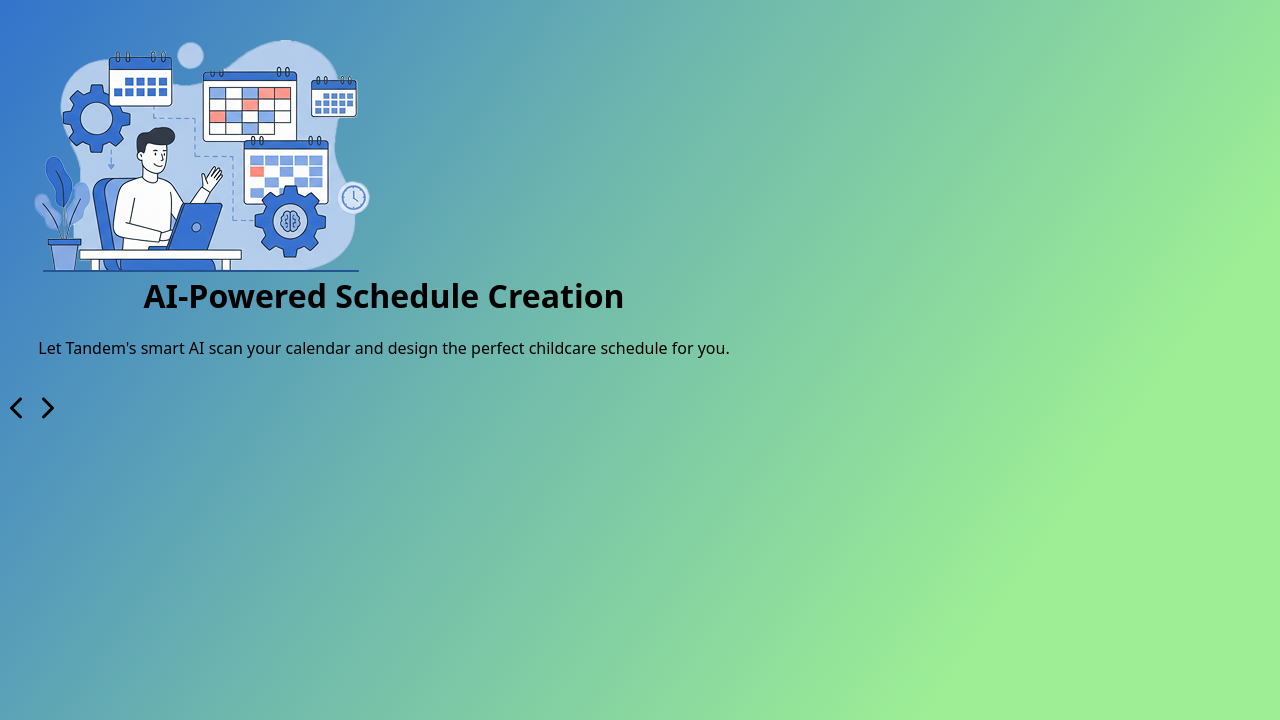
Repository: IDSP-TRADECARE/Tandem
Page: /boarding/features
An editor plug-in stored every save of this project. The page is shown before and after the next save, followed by the edit.
The browser window is 1280 px wide. The pictures show the whole page.
The page's requests for data from a server got no answer. Some web fonts or font styles are not loaded; a fallback is used. The project was rebuilt for these pictures with package versions that can differ from the ones it lists, and the page was loaded fresh each time. Some packages were replaced by stand-ins written for this rebuild. The framework's server and built-in components were replaced by stand-ins that run in the browser. No one was signed in, and anything a server would have sent is missing. Also part of the build but not shown: next.config.ts, src/app/components/auth/AuthGuard.tsx.

Above is the page before, as saved 2025-11-22 21:38:31.

### src/app/layout.tsx
/* eslint-disable @next/next/no-page-custom-font */
import { ClerkProvider } from '@clerk/nextjs'
import { SocketProvider } from '@/lib/socket/SocketContext'
import './globals.css'
import type { Metadata } from "next";
import { AuthWrapper } from './components/auth/AuthWrapper';


export const metadata: Metadata = {
  title: "Tandem",
  description: "Share childcare with your community",
  icons: {
    icon: 'brand/logoColor.svg',
  },
};

export default function RootLayout({
  children,
}: Readonly<{
  children: React.ReactNode;
}>) {
  return (
    <ClerkProvider>
      <html lang="en">
        <head>
          {/* Omnes Pro from Adobe Fonts */}
          <link rel="stylesheet" href="https://use.typekit.net/pku8yek.css" />

          {/* Alan Sans from Google Fonts */}
          <link rel="preconnect" href="https://fonts.googleapis.com" />
          <link rel="preconnect" href="https://fonts.gstatic.com" crossOrigin="anonymous" />
          <link href="https://fonts.googleapis.com/css2?family=Alan+Sans:wght@300..900&display=swap" rel="stylesheet" />
        </head>
        <body className="antialiased">
          <SocketProvider>
            <AuthWrapper>
              {children}
            </AuthWrapper>
          </SocketProvider>
        </body>
      </html>
    </ClerkProvider>
  )
}

### src/app/boarding/features/page.tsx
"use client";
import { useState } from "react";
import { useRouter } from "next/navigation";
import { GradientBackgroundFull } from "@/app/components/ui/backgrounds/GradientBackgroundFull";
import { IoIosArrowBack, IoIosArrowForward } from "react-icons/io";
import styles from "./features.module.css";

const features = [
    {
        id: 1,
        title: "AI-Powered Schedule Creation",
        description:
            "Let Tandem's smart AI scan your calendar and design the perfect childcare schedule for you.",
        imgSrc: "/boarding/Graphic-ai-powered-feature1.png",
    },
    {
        id: 2,
        title: "Seamless Nanny Booking",
        description:
            "Effortlessly discover and book reliable nannies tailored to your family's needs.",
        imgSrc: "/boarding/Seamless-nanny-booking-feature2.png",
    },
    {
        id: 3,
        title: "Intelligent Nanny Sharing",
        description:
            "Team up with nearby families to share trusted nannies, cutting costs while building lasting connections.",
        imgSrc: "/boarding/Intelligent-nanny-sharing-feature3.png",
    },
];

export default function FeaturesPage() {
    const [currentIndex, setCurrentIndex] = useState(0);
    const router = useRouter();

    const handleNext = () => {
        if (currentIndex < features.length - 1) {
            setCurrentIndex(currentIndex + 1);
        } else {
            router.push("./sign-up");
        }
    };

    const handlePrevious = () => {
        if (currentIndex > 0) {
            setCurrentIndex(currentIndex - 1);
        }
    };

    const currentFeature = features[currentIndex];

    return (
        <GradientBackgroundFull>
            <div className={styles.container}>
                <div className='max-w-3xl w-full text-center mb-8'>
                    <div className={styles.imageContainer}>
                        <img
                            src={currentFeature.imgSrc}
                            alt={`Feature ${currentFeature.id}`}
                        />
                    </div>

                    <h1 className={styles.title}>{currentFeature.title}</h1>

                    <p className={styles.description}>
                        {currentFeature.description}
                    </p>
                </div>
                <div className={styles.navigation}>
                    <button
                        onClick={handlePrevious}
                        disabled={currentIndex === 0}
                    >
                        <IoIosArrowBack size={32} />
                    </button>

                    <button onClick={handleNext}>
                        <IoIosArrowForward size={32} />
                    </button>
                </div>
            </div>
        </GradientBackgroundFull>
    );
}

### src/lib/socket/SocketContext.tsx
'use client';

import { createContext, useContext, useEffect, useState } from 'react';
import { io, Socket } from 'socket.io-client';
import { ClientToServerEvents, ServerToClientEvents } from './types';

type TypedSocket = Socket<ServerToClientEvents, ClientToServerEvents>;

interface SocketContextType {
  socket: TypedSocket | null;
  isConnected: boolean;
}

const SocketContext = createContext<SocketContextType>({
  socket: null,
  isConnected: false,
});

export function SocketProvider({ children }: { children: React.ReactNode }) {
  const [socket, setSocket] = useState<TypedSocket | null>(null);
  const [isConnected, setIsConnected] = useState(false);

  useEffect(() => {
    const socketUrl = process.env.NEXT_PUBLIC_SOCKET_URL || 'http://localhost:3001';

    console.log('Connecting to Socket.IO server:', socketUrl);

    const socketInstance: TypedSocket = io(socketUrl, {
      transports: ['websocket', 'polling'],
    });

    socketInstance.on('connect', () => {
      console.log('✅ Socket connected:', socketInstance.id);
      setIsConnected(true);
    });

    socketInstance.on('disconnect', () => {
      console.log('❌ Socket disconnected');
      setIsConnected(false);
    });

    socketInstance.on('connect_error', (error) => {
      console.error('Socket connection error:', error);
      setIsConnected(false);
    });

    setSocket(socketInstance);

    return () => {
      socketInstance.disconnect();
    };
  }, []);

  return (
    <SocketContext.Provider value={{ socket, isConnected }}>
      {children}
    </SocketContext.Provider>
  );
}

export const useSocket = () => useContext(SocketContext);

### src/app/globals.css
@import "tailwindcss";

@theme {
  /* Font families */
  --font-family-alan: "Alan Sans", sans-serif;
  --font-family-omnes: "omnes-pro", sans-serif;

  /* Primary Colors */
  --color-primary: #3373cc;
  --color-primary-lighter: #a3c0e8;
  --color-primary-light: #91b3e3;
  --color-primary-light-hover: #91b3e3;
  --color-primary-light-active: #7aa4de;
  --color-primary-hover: #2b62ad;
  --color-primary-active: #255495;
  --color-primary-dark: #122847;
  --color-primary-dark-hover: #0d1d33;
  --color-primary-dark-active: #060d16;

  /* Secondary Colors */
  --color-secondary: #92f189;
  --color-secondary-lighter: #cef9ca;
  --color-secondary-light: #c4f7bf;
  --color-secondary-light-hover: #c4f7bf;
  --color-secondary-light-active: #b8f6b2;
  --color-secondary-hover: #7ccd74;
  --color-secondary-active: #6bb064;
  --color-secondary-dark: #335430;
  --color-secondary-dark-hover: #253c22;
  --color-secondary-dark-active: #101b0f;

  /* Analogous Colors */
  --color-analogous: #68d5ff;
  --color-analogous-lighter: #bbecff;
  --color-analogous-light: #ade8ff;
  --color-analogous-light-hover: #ade8ff;
  --color-analogous-light-active: #9de4ff;
  --color-analogous-hover: #58b5d9;
  --color-analogous-active: #4c9bba;
  --color-analogous-dark: #244b59;
  --color-analogous-dark-hover: #1a3540;
  --color-analogous-dark-active: #0b171c;

  /* Success */
  --color-success: #95b548;

  /* Warning */
  --color-warning: #d78f26;

  /* Error */
  --color-error: #c43535;

  /* Neutral Colors */
  --color-neutral-50: #e6e6e8;
  --color-neutral-100: #b0b0b8;
  --color-neutral-200: #8a8a96;
  --color-neutral-300: #545466;
  --color-neutral-400: #333349;
  --color-neutral-500: #00001b;
  --color-neutral-600: #000019;
  --color-neutral-700: #000013;
  --color-neutral-800: #00000f;
  --color-neutral-900: #00000b;
}

@layer base {
  :root {
    /* Semantic mappings for shadcn */
    --background: 0 0% 100%;
    --foreground: var(--color-neutral-500);
    --card: 0 0% 100%;
    --card-foreground: var(--color-neutral-500);
    --popover: 0 0% 100%;
    --popover-foreground: var(--color-neutral-500);
    --primary-foreground: 0 0% 98%;
    --secondary-foreground: var(--color-neutral-500);
    --muted: var(--color-neutral-50);
    --muted-foreground: var(--color-neutral-300);
    --accent: var(--color-analogous-light);
    --accent-foreground: var(--color-neutral-500);
    --destructive: var(--color-error);
    --destructive-foreground: 0 0% 98%;
    --border: var(--color-neutral-100);
    --input: var(--color-neutral-100);
    --ring: var(--color-primary);
    --radius: 0.5rem;
    --gradient-primary: linear-gradient(135deg, #3373CC 0%, #6DB6AE 46%, #9DEE95 100%);
  }

  .dark {
    --background: var(--color-neutral-500);
    --foreground: 0 0% 98%;
    --card: var(--color-neutral-400);
    --card-foreground: 0 0% 98%;
    --popover: var(--color-neutral-400);
    --popover-foreground: 0 0% 98%;
    --primary-foreground: var(--color-neutral-500);
    --secondary-foreground: 0 0% 98%;
    --muted: var(--color-neutral-300);
    --muted-foreground: var(--color-neutral-100);
    --accent: var(--color-analogous-dark);
    --accent-foreground: 0 0% 98%;
    --destructive-foreground: 0 0% 98%;
    --border: var(--color-neutral-300);
    --input: var(--color-neutral-300);
    --ring: var(--color-primary-light);
    --gradient-primary: linear-gradient(135deg, #3373CC 0%, #6DB6AE 46%, #9DEE95 100%);
  }

  /* Font utilities */
  .font-alan {
    font-family: var(--font-family-alan);
    font-optical-sizing: auto;
  }

  .font-omnes {
    font-family: var(--font-family-omnes);
  }
}

/* FullCalendar Custom Styles */
.fullcalendar-container {
  font-family: inherit;
}

.fc {
  font-size: 14px;
}

.fc .fc-toolbar-title {
  font-size: 1.5rem;
  font-weight: 700;
  color: var(--color-primary);
}

.fc .fc-button {
  background-color: var(--color-primary);
  border-color: var(--color-primary);
  color: white;
  border-radius: 8px;
  padding: 6px 12px;
  font-weight: 600;
}

.fc .fc-button:hover {
  background-color: var(--color-primary-hover);
  border-color: var(--color-primary-hover);
}

.fc .fc-button-active {
  background-color: var(--color-primary-dark);
  border-color: var(--color-primary-dark);
}

.fc .fc-col-header-cell {
  background-color: var(--color-neutral-50);
  padding: 12px;
  font-weight: 600;
  color: var(--color-primary);
}

.fc .fc-daygrid-day-number {
  font-weight: 600;
  color: var(--color-primary);
  padding: 8px;
}

.fc .fc-daygrid-day.fc-day-today {
  background-color: var(--color-primary-lighter) !important;
}

.fc .fc-event {
  border-radius: 6px;
  padding: 4px 6px;
  font-size: 12px;
  font-weight: 600;
  cursor: pointer;
}

.fc .fc-timegrid-event {
  border-radius: 6px;
  padding: 4px;
}

.fc .fc-timegrid-slot {
  height: 3em;
}

.fc .fc-scrollgrid {
  border-color: var(--neutral-100) !important;
}

@layer utilities {
  .bg-gradient-primary {
    background: var(--gradient-primary);
  }
}

### src/app/components/auth/AuthWrapper.tsx
'use client';

import { usePathname } from 'next/navigation';
import { AuthGuard } from './AuthGuard';

export function AuthWrapper({ children }: { children: React.ReactNode }) {
  const pathname = usePathname();

  // Routes that don't require authentication
  const publicRoutes = ['/boarding/features', '/sign-in', '/sign-up'];
  const isPublicRoute = pathname === '/' || publicRoutes.some(route => pathname?.startsWith(route));

  if (isPublicRoute) {
    return <>{children}</>;
  }

  return <AuthGuard>{children}</AuthGuard>;
}

### src/app/components/ui/backgrounds/GradientBackgroundFull.tsx
import React from 'react';

export function GradientBackgroundFull({ children }: { children?: React.ReactNode }) {
  return (
    <div
      className="min-h-screen"
      style={{
        background: 'linear-gradient(125deg, #3373CC 0%, #6DB6AE 40%, #9DEE95 80%)',
        backgroundSize: '100%'
      }}
    >
      {children}
    </div>
  );
}

### src/app/boarding/features/features.module.css
.title {
    font-size: 2rem;
    font-weight: bold;
    margin-bottom: 1rem;
}

After the next save:
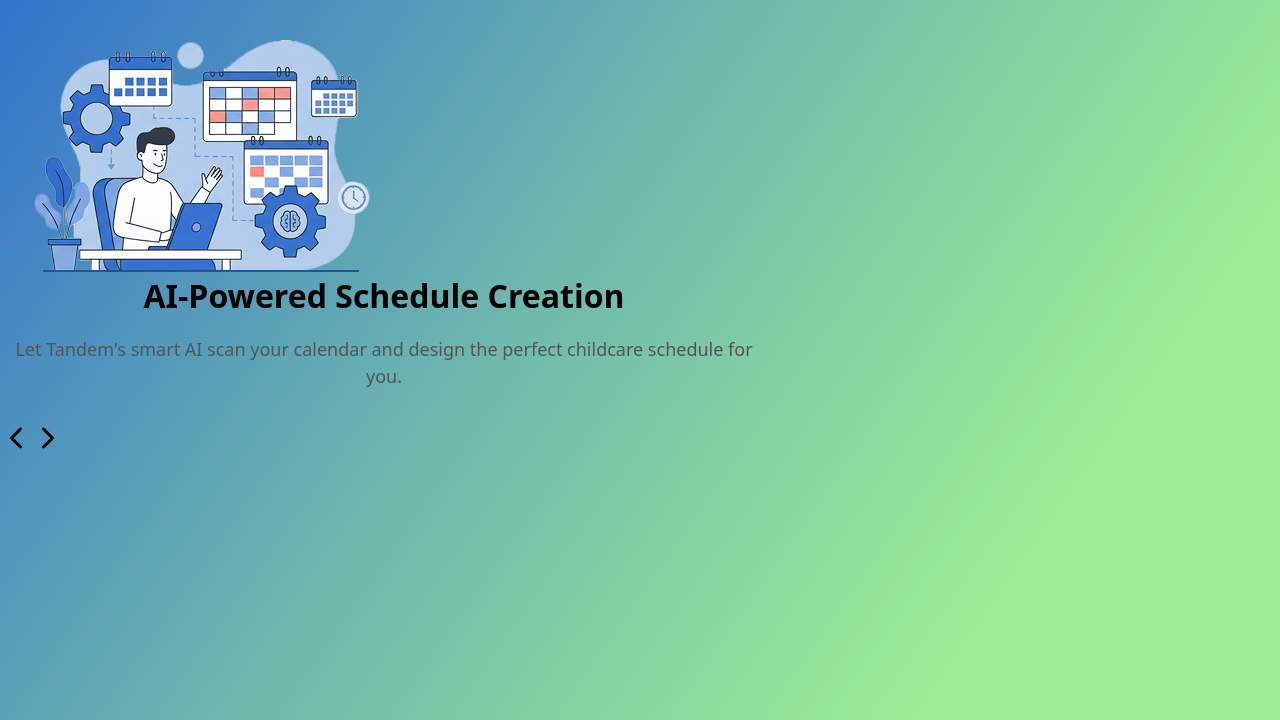
Saved 4 s later.
--- a/src/app/boarding/features/features.module.css
+++ b/src/app/boarding/features/features.module.css
@@ -3,3 +3,8 @@
     font-weight: bold;
     margin-bottom: 1rem;
 }
+.description {
+    font-size: 1.125rem;
+    color: #555;
+    margin-bottom: 2rem;
+}
